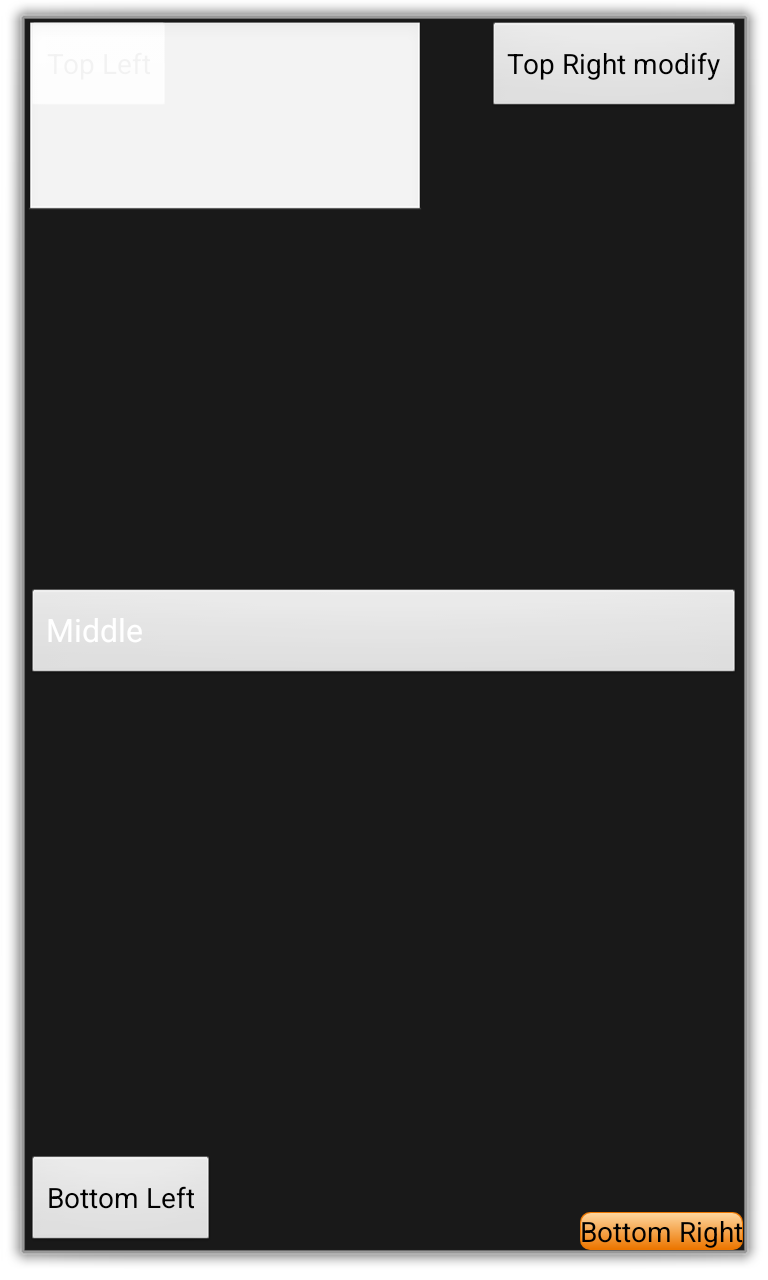
Repository: red201432/MyAndroid
Layout: HelloWorld/res/layout/testforrelativelayout.xml
The author's editor kept a copy of each file at every save. The layout is drawn from the files as they stood at one save, then again after the next save.
It is drawn on a 768 x 1280 px phone screen (xhdpi) without system bars, with theme android:Theme.Dialog; the app's code is not run.

Above is the layout before, as saved 2015-09-11 02:11:24.

After the next save:
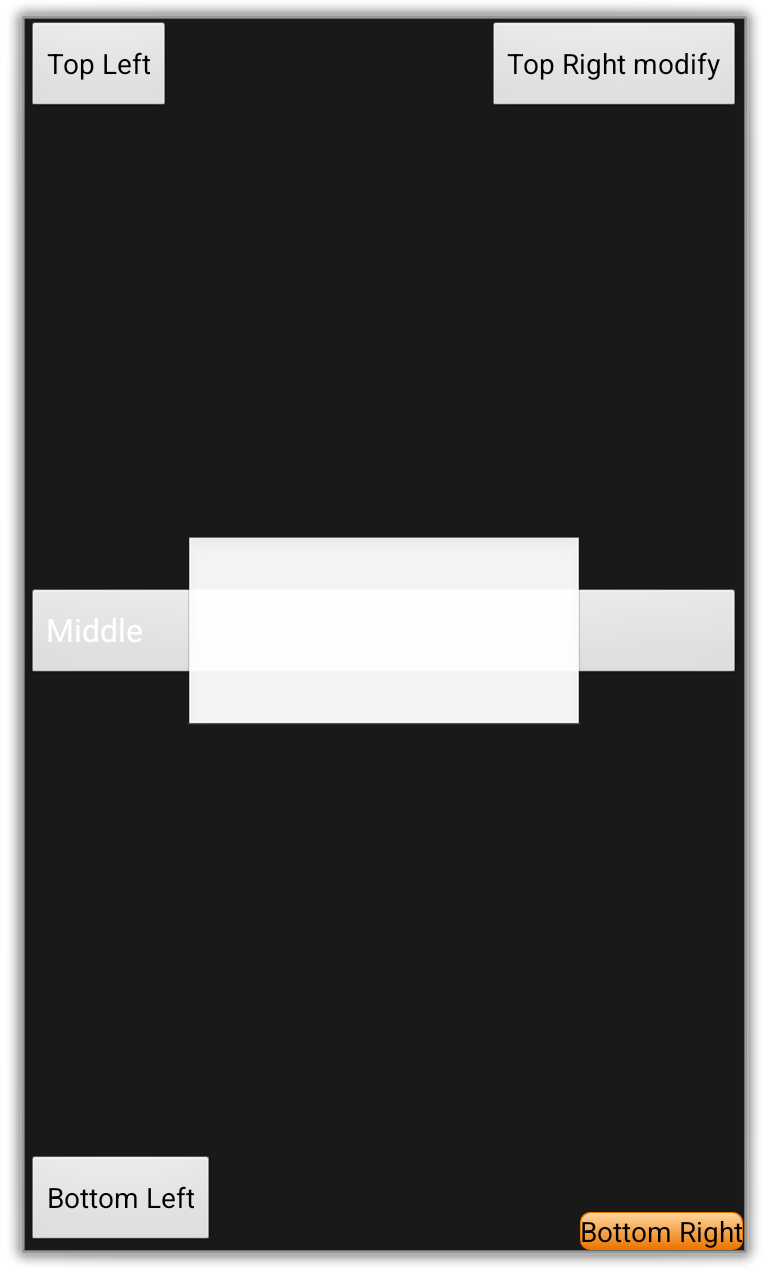
Saved 2 min 19 s later.
--- a/HelloWorld/res/layout/testforrelativelayout.xml
+++ b/HelloWorld/res/layout/testforrelativelayout.xml
@@ -53,6 +53,8 @@
         android:id="@+id/txtString"
         android:layout_width="200dp"
         android:layout_height="100dp"
+          android:layout_centerVertical="true"
+        android:layout_centerHorizontal="true"
         ></EditText>
 
 </RelativeLayout>
